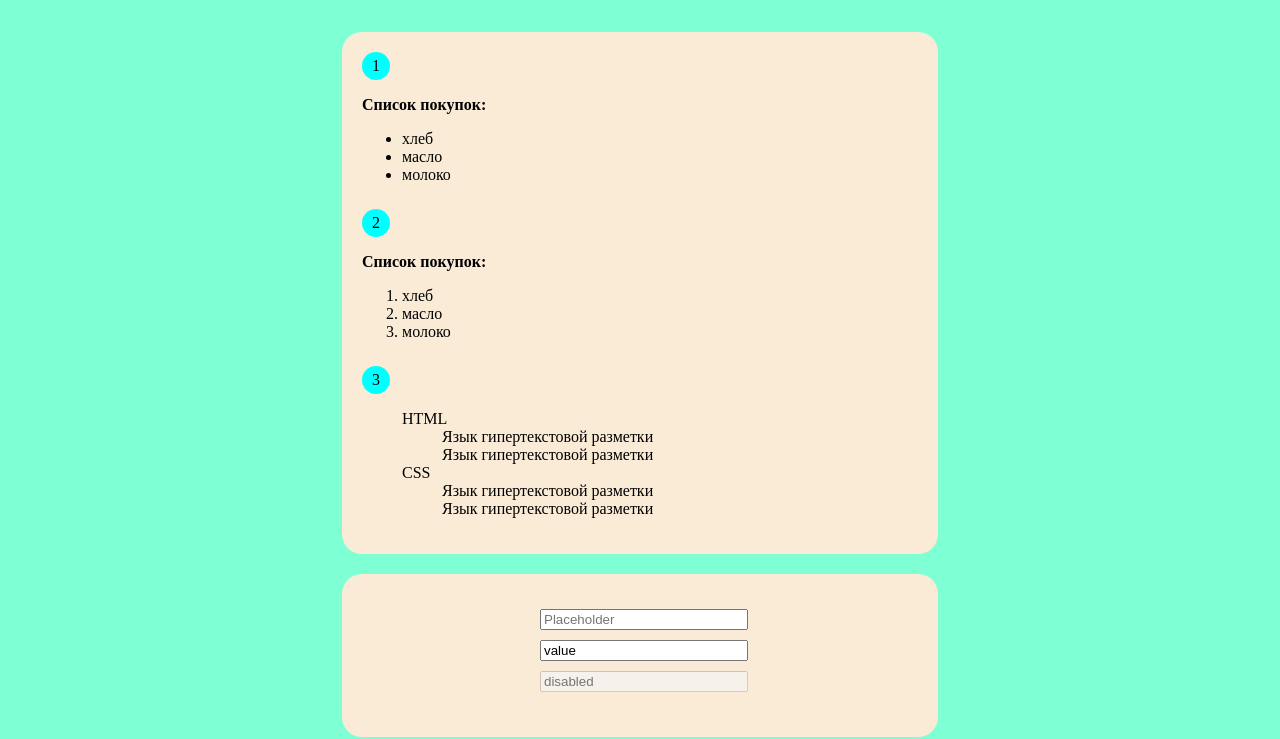
Repository: Savich01/-
Page: html/index.html
An editor plug-in stored every save of this project. The page is shown before and after the next save, followed by the edit.
The browser window is 1280 px wide. The pictures show the whole page.

Above is the page before, as saved 2024-05-31 15:15:09.

### html/index.html
<!DOCTYPE html>
<html lang="en">
<head>
    <meta charset="UTF-8">
    <meta name="viewport" content="width=device-width, initial-scale=1.0">
    <title>Document</title>
    <link rel="stylesheet" href="/css/style.css">
</head>
<body>

    <header class="header">

    </header>
    <main class="main">
        <div class="container">
            <section class="section-1">
                <div class="block">1</div>
                <p class="text">
                    <b>Список покупок:</b>
                </p>
                <ul class="list">
                    <li>хлеб</li>
                    <li>масло</li>
                    <li>молоко</li>
                </ul>

                <div class="block">2</div>
                <p class="text">
                    <b>Список покупок:</b>
                </p>
                <ol class="list">
                    <li>хлеб</li>
                    <li>масло</li>
                    <li>молоко</li>
                </ol>

                <div class="block">3</div>
                <ul class="main-list--item">
                    <li>HTML
                        <ul>
                            <li class="main-link">Язык гипертекстовой разметки</li>
                            <li class="main-link">Язык гипертекстовой разметки</li>
                        </ul>
                    </li>
                    <li>CSS
                        <ul>
                            <li class="main-link">Язык гипертекстовой разметки</li>
                            <li class="main-link">Язык гипертекстовой разметки</li>
                        </ul>
                    </li>
                </ul>
            </section>

            <section class="section-2">
                <form action="#" class="form">
                    <input class="input" type="text" placeholder="Placeholder">
                    <input class="input" type="text" value="value">
                    <input class="input" type="text" disabled="disabled" placeholder="disabled">
                </form>
            </section>
        </div>
    </main>
    <footer class="footer">

    </footer>

</body>
</html>

### css/style.css
body{
    max-width: 600px;
    height: 100%;
    margin: 0 auto;
    background-color: aquamarine;
    padding: 0px 10px;
}

.container{
    padding: 2px;
    margin-top: 30px;
}
/* ==========SECTION-1========================== */
.section-1{
    padding: 20px;
    background-color: antiquewhite;
    border-radius: 20px;
    margin-bottom: 20px;
}

.block{
    background-color:aqua;
    display: inline-block;
    padding: 5px 10px;
    border-radius: 100%;
}

.list{
    margin-bottom: 25px;
}
.main-list--item{
    list-style: none;
    /* text-decoration: none; */
}

.main-link{
    list-style: none;
}

/* ==========SECTION-2========================== */

.section-2{
    background-color: antiquewhite;
    border-radius: 20px;
    padding: 20px;
}

.form{
    margin: 0 auto;
    max-width: 200px;
    padding: 15px;
}
.input{
    margin: 0 auto;
    width: 100%;
    margin-bottom: 10px;
}

After the next save:
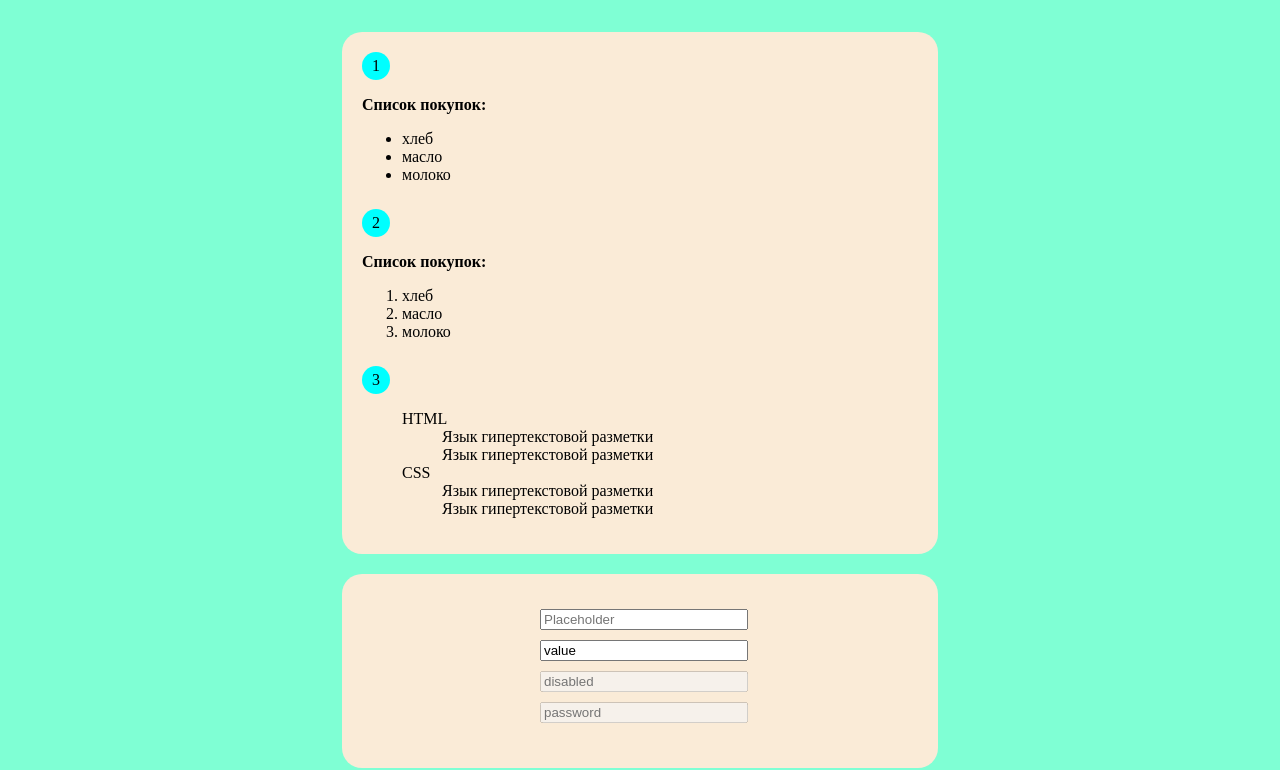
Saved 72 s later.
--- a/html/index.html
+++ b/html/index.html
@@ -56,6 +56,7 @@
                     <input class="input" type="text" placeholder="Placeholder">
                     <input class="input" type="text" value="value">
                     <input class="input" type="text" disabled="disabled" placeholder="disabled">
+                    <input class="input" type="password" disabled="disabled" placeholder="password">
                 </form>
             </section>
         </div>
